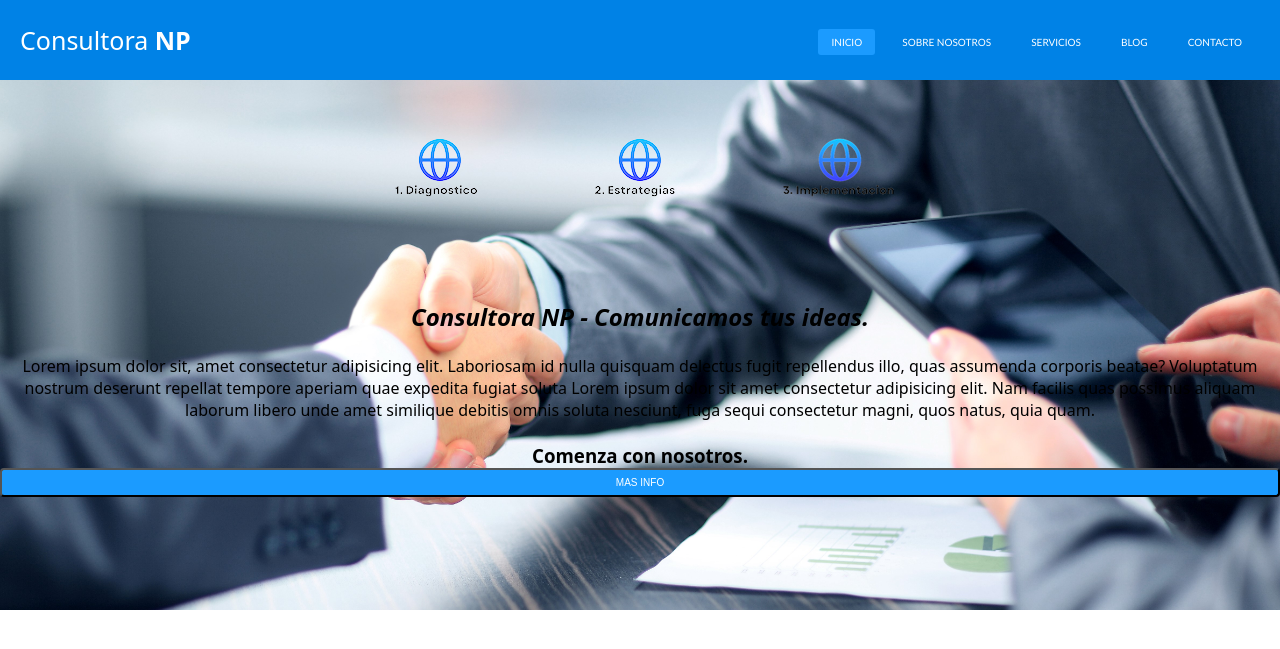
Repository: Batu120/pre-entrega2
Page: index.html
These files come from the project's save history. The page is drawn as it stood at one moment and after the next save; the edit follows.
The browser window is 1280 px wide. The pictures show the whole page.

Above is the page before, as saved 2022-10-31 17:53:39.

### index.html
<!DOCTYPE html>
<html lang="en" dir="ltr">
<head>
    <meta charset="UTF-8">
    <meta http-equiv="X-UA-Compatible" content="IE=edge">
    <meta name="viewport" content="width=device-width, initial-scale=1.0">
    <title>2da Pre Entrega</title>
    <link rel="stylesheet" href="https://cdnjs.cloudflare.com/ajax/libs/font-awesome/4.7.0/css/font-awesome.min.css">
    <!-- CSS -->
    <link rel="stylesheet" href="CSS/style.css">

</head>
<body>
    <nav>
        <input type="checkbox" id="check">
        <label for="check" class="checkbtn">
            <i style="font-size:24px" class="fa">&#xf0c9;</i>
        </label>
        <label class="logo">Consultora <label class="logo1">NP</label></label>
            <!-- Lista no ordenada -->
            <ul>
                <!-- Items / Menu -->
                <li><a class="active" href="index.html">Inicio</a></li>
                <li><a href="HTML/SobreNosotros.html">Sobre Nosotros</a></li>
                <li><a href="HTML/Servicios.html">Servicios</a></li>
                <li><a href="HTML/Blog.html">Blog</a></li>
                <li><a href="HTML/Contacto.html">Contacto</a></li>
            </ul>
    </nav>

    <section>
        <div class="grid-container">
            <img src="/IMG/1.Diagnostico.png" alt="diagnostico">
            <img src="/IMG/2.Estrategia.png" alt="estrategia">
            <img src="/IMG/3.Implementacion.png" alt="implementacion">
        </div>
        <div class="container-div">
            <!-- titulo h1 -->
            <h1>Consultora NP - Comunicamos tus ideas.</h1>
            <br>
            <!-- Parrafo -->
            <p>Lorem ipsum dolor sit, amet consectetur adipisicing elit. Laboriosam id nulla quisquam delectus fugit repellendus illo, quas assumenda corporis beatae? Voluptatum nostrum deserunt repellat tempore aperiam quae expedita fugiat soluta Lorem ipsum dolor sit amet consectetur adipisicing elit. Nam facilis quas possimus aliquam laborum libero unde amet similique debitis omnis soluta nesciunt, fuga sequi consectetur magni, quos natus, quia quam.</p>
            <br>
            <div><h3>Comenza con nosotros.</h3></div>
            <button class="info">Mas info</button>
        </div>
    </section>


</body>
</html>

### CSS/style.css
body {
    background: url(/IMG/consultoria_img.jpeg) no-repeat;
        background-size: cover;
    font-family:'Gill Sans', 'Gill Sans MT', Calibri, 'Trebuchet MS', sans-serif;
}

/* NAV BAR - LINKS- RESPONSIVE */
* {
    padding: 0;
    margin: 0;
    text-decoration: none;
    list-style: none;
    box-sizing: border-box;
}
nav {
    background: #0082e6;
    height: 80px;
    width: 100%;
}
/*  */
.logo{
    color: white;
    font-size: 25px;
    line-height: 80px;
    padding: 20px;
    font-weight:lighter;
    font-family:system-ui, -apple-system, BlinkMacSystemFont, 'Segoe UI', Roboto, Oxygen, Ubuntu, Cantarell, 'Open Sans', 'Helvetica Neue', sans-serif;
}
.logo1{
    color: white;
    font-weight: bold;
}
nav ul{
    float: right;
    margin-right: 20px;
    padding-top: 0%;
}
nav ul li{
    display: inline-block;
    line-height: 80px;
    margin: 0 5px;
}
nav ul li a{
    color: white;
    font-size: 10px;
    padding: 7px 13px;
    border-radius: 3px;
    text-transform: uppercase;
}
a.active,a:hover{
    background: #1b9bff;
    transition: .5s;
}
.checkbtn{
    font-size: 30px;
    color: white;
    float: right;
    line-height: 80px;
    margin-right: 30px;
    cursor: pointer;
    display: none;
}
#check{
    display: none;
}
/* PREUBA RESPONSIVE TEST */
@media (max-width: 853px){
    label.logo {
        font-size: 25px;
        padding-left: 50px;
    }
    nav ul li a{
        font-size: 18px;
    }
}
@media (max-width: 853px){
    .checkbtn{
        display: block;
    }
    ul{
        position: fixed;
        width: 100%;
        height: 100vh;
        background: #2c3e50;
        top: 80px;
        left: -100%;
        text-align: center;
        transition: all .5s;
    }
    nav ul li{
        display: block;
        margin: 50px 0;
        line-height: 30px;
    }
    nav ul li a {
        font-size: 20px;
    }
        a:hover,a.active{
        background:none;
        color: #0082e6;
        }
        #check:checked ~ ul{
        left: 0;
        }
    }
    /* SECTION WALLPAPER CAMBIADO */
    /* section{
        background: url(/IMG/consultoria_img.jpeg) no-repeat;
        background-size: cover;
        height: calc(100vh - 80px);
    } */

    /* IMG PICTURES page front */
    .grid-container {
        display: grid;
        grid-template-columns: auto auto auto;
        justify-content: center;
        margin: 10px;
    }
    .container-div{
        display: flex;
        flex-direction: column;
        text-align: center;
        font-family: system-ui, -apple-system, BlinkMacSystemFont, 'Segoe UI', Roboto, Oxygen, Ubuntu, Cantarell, 'Open Sans', 'Helvetica Neue', sans-serif;
    }
    h1{
        font-weight: bolder;
        font-style:oblique;
    }
  /*   *, ::after, ::before {
        margin: 0;
        padding: 0;
        box-sizing: border-box;
    } */

    /* Button info */
    .info {
        color: white;
        background-color: #1b9bff;
        font-size: 10px;
        padding: 7px 13px;
        border-radius: 4px;
        text-transform: uppercase;
    }

After the next save:
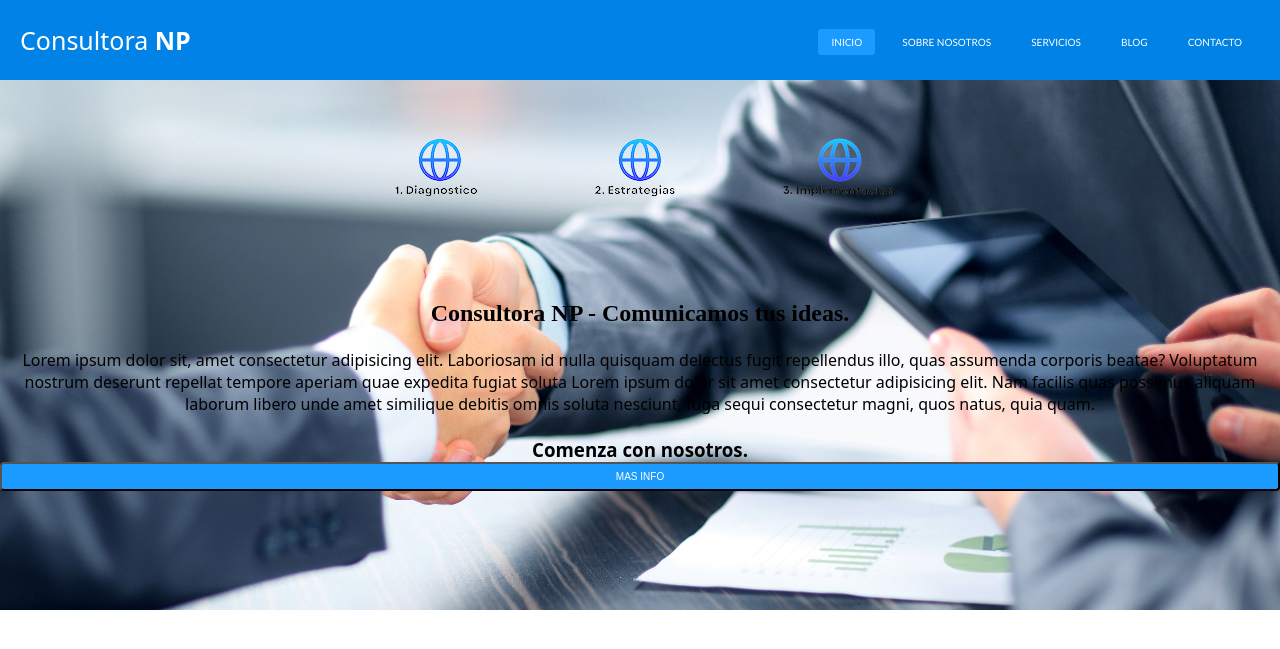
Saved 30 s later.
--- a/CSS/style.css
+++ b/CSS/style.css
@@ -125,7 +125,7 @@ a.active,a:hover{
     }
     h1{
         font-weight: bolder;
-        font-style:oblique;
+        font-family: cursive;
     }
   /*   *, ::after, ::before {
         margin: 0;
